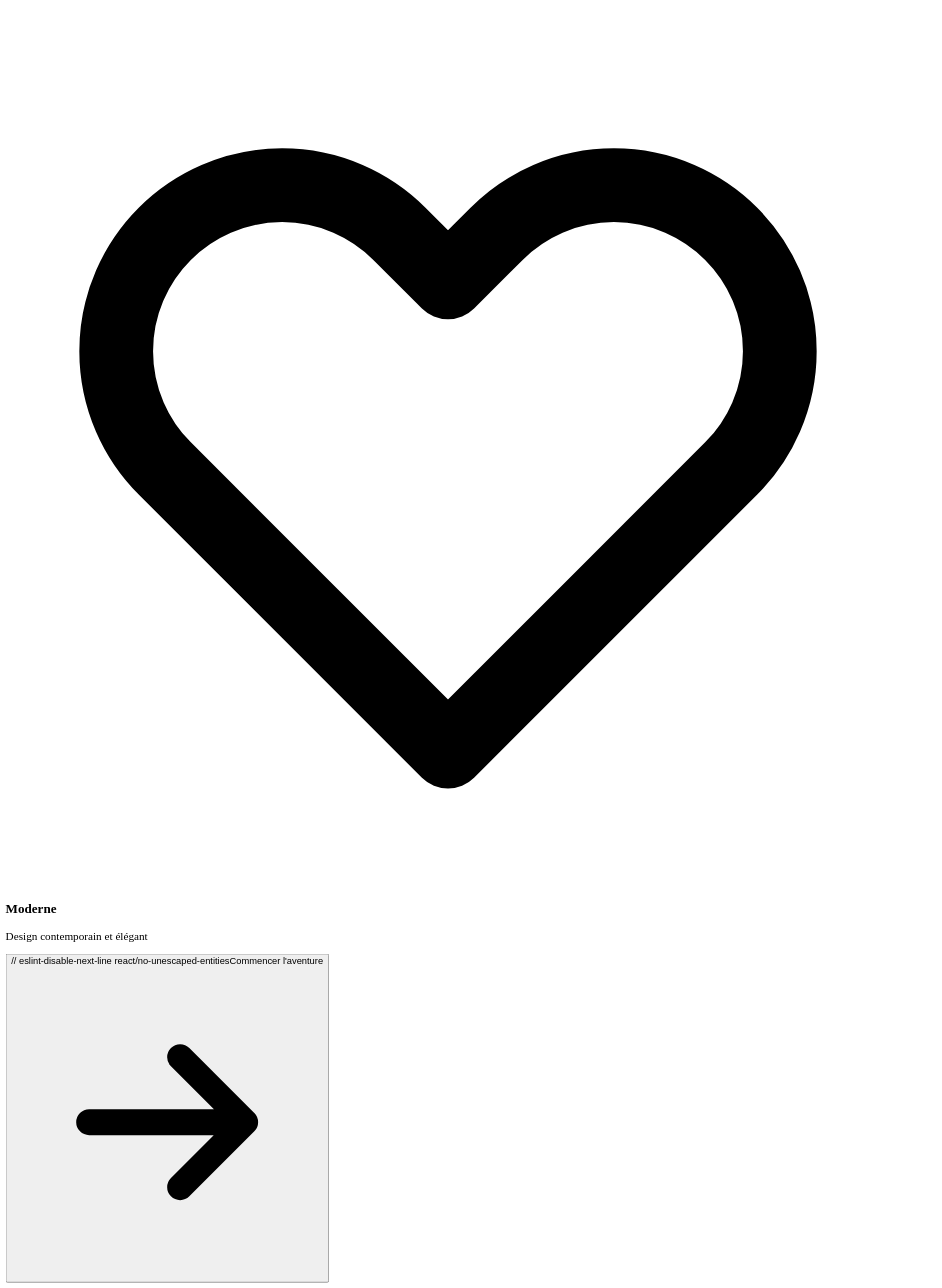
Repository: lamatmed/nextsupabase
Page: /
These files come from the project's save history. The page is drawn as it stood at one moment and after the next save; the edit follows.
The browser window is 1280 px wide. The page is 1346 px wide, so the pictures cover 1346 px, including what lies to the right of the window. The pictures show the part of the page from y = 2836 to 4676 px (the page is 4676 px tall before and 4364 px after), at 70% of full size.
The project was rebuilt for these pictures with package versions that can differ from the ones it lists, and the page was loaded fresh each time. Some packages were replaced by stand-ins written for this rebuild. The framework's server and built-in components were replaced by stand-ins that run in the browser. Also part of the build but not shown: next.config.ts.

Above is the page before, as saved 2025-07-10 22:35:30.

After the next save:
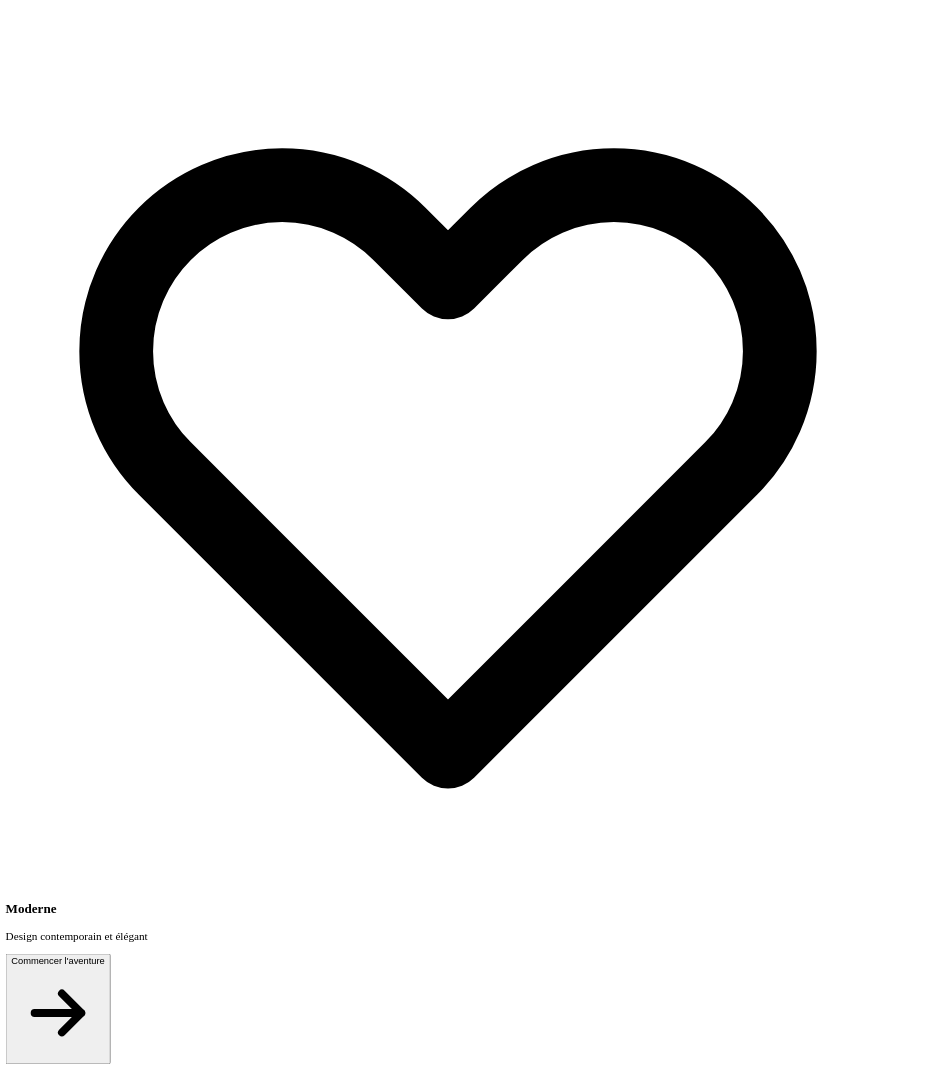
Saved 5 s later.
--- a/app/page.tsx
+++ b/app/page.tsx
@@ -66,7 +66,6 @@ export default function Home() {
               onClick={() => router.push("/login")}
               className="group relative inline-flex items-center justify-center px-8 py-4 text-lg font-semibold text-white bg-gradient-to-r from-blue-600 to-purple-600 rounded-full shadow-2xl hover:shadow-purple-500/25 transition-all duration-300 hover:scale-105"
             >
-              // eslint-disable-next-line react/no-unescaped-entities
               <span className="relative z-10">Commencer l'aventure</span>
               <div className="absolute inset-0 bg-gradient-to-r from-purple-600 to-pink-600 rounded-full opacity-0 group-hover:opacity-100 transition-opacity duration-300"></div>
               <svg className="w-5 h-5 ml-2 group-hover:translate-x-1 transition-transform duration-300" fill="none" stroke="currentColor" viewBox="0 0 24 24">
